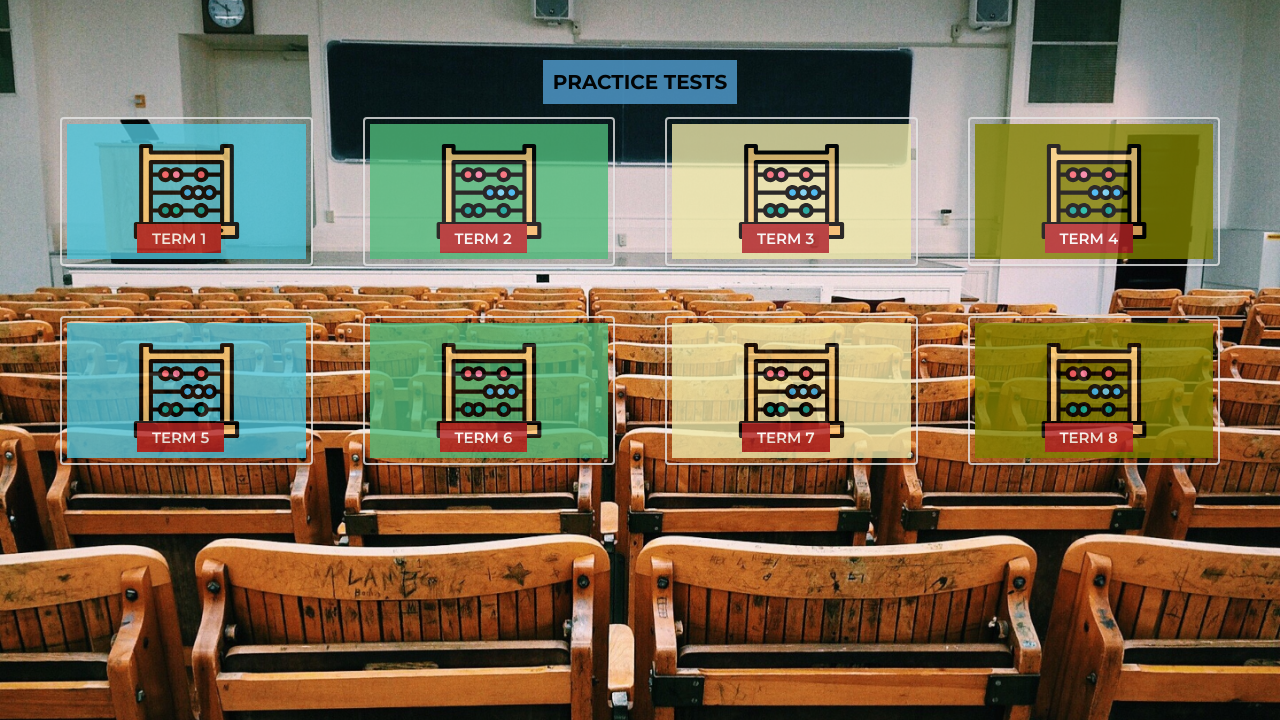
Repository: GauravBrahmbhatt/Psquare
Page: /
The author's editor kept a copy of each file at every save. The page is drawn from the files as they stood at one save, then again after a run of saves.
The browser window is 1280 px wide. The pictures show the whole page.
The project was rebuilt for these pictures with package versions that can differ from the ones it lists, and the page was loaded fresh each time. Also part of the build but not shown: src/pages/PaperList/Level1List.js, src/pages/PaperList/Level3List.js, src/pages/TestLoader.js, src/pages/timer.js, src/pages/TestPapers/level1.js, src/pages/TestPapers/level2.js, src/pages/RandomGenerator/RandomGenerator2D.js, src/pages/RandomGenerator/RandomGeneratorD.js and 8 more.

Above is the page before, as saved 2020-07-26 18:40:23.

After the next 4 saves:
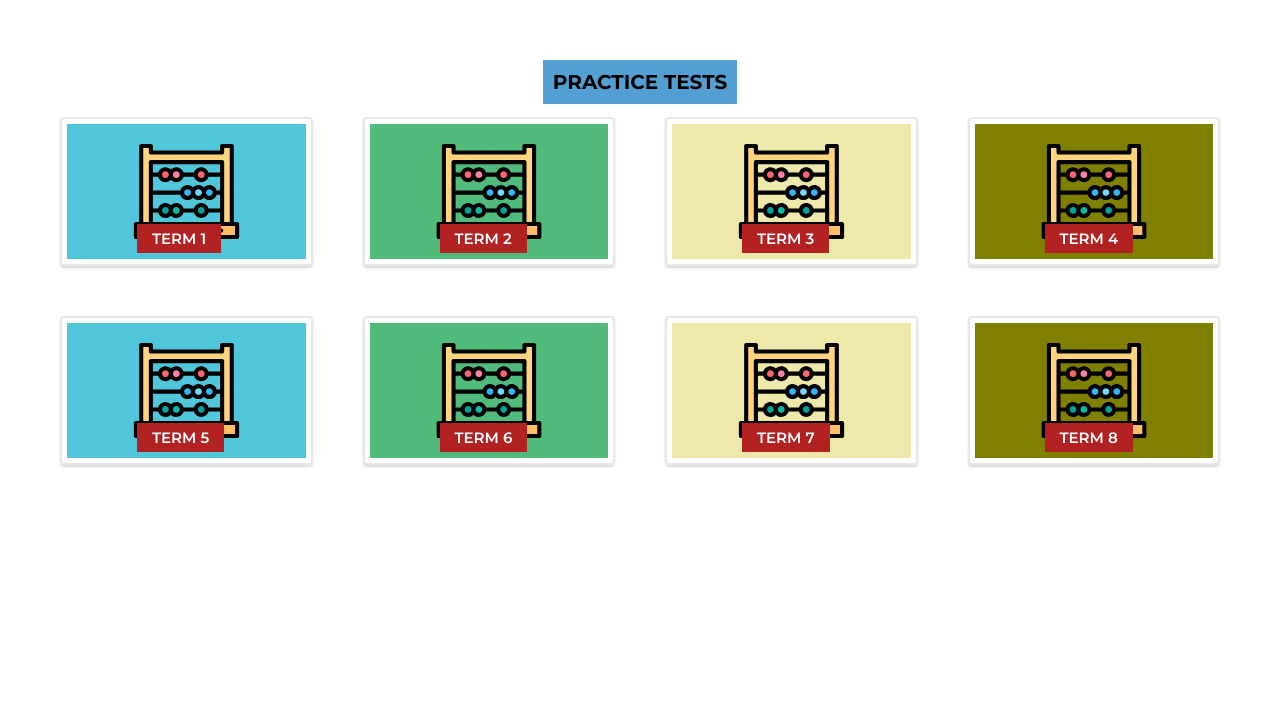
The 4 saves are shown as one change because 3 did not build or start.
The last was saved 3 min 27 s later.
--- a/src/styleSheets/main.scss
+++ b/src/styleSheets/main.scss
@@ -20,16 +20,16 @@
   -moz-box-sizing: border-box;
   box-sizing: border-box;
 }
-
+/*
 body {
   font-family: "Montserrat";
   margin: 30px;
   background-image: url("../Bench.jpg");
 
-  /* Set a specific height */
+
   height: 500px;
 
-  /* Create the parallax scrolling effect */
+
   background-attachment: fixed;
   background-position: center;
   background-repeat: no-repeat;
@@ -38,7 +38,7 @@ body {
   opacity: 0.8;
   //position: absolute;
   z-index: -1;
-}
+}*/
 
 a {
   text-decoration: none;
